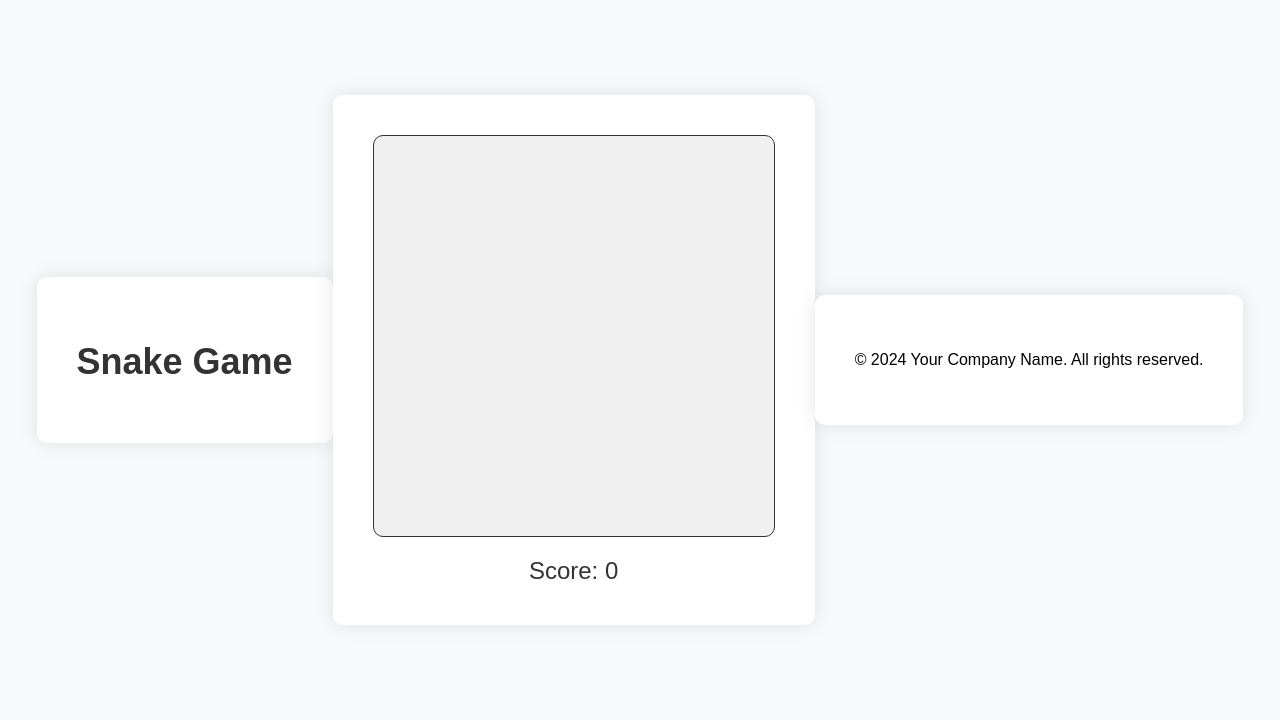
Repository: Taofeekolusola/Landing-page
Page: index.html
An editor plug-in stored every save of this project. The page is shown before and after a run of saves, followed by the edit.
The browser window is 1280 px wide. The pictures show the whole page.

Above is the page before, as saved 2024-05-06 17:52:25.
Not found: script.js

After the next 3 saves:
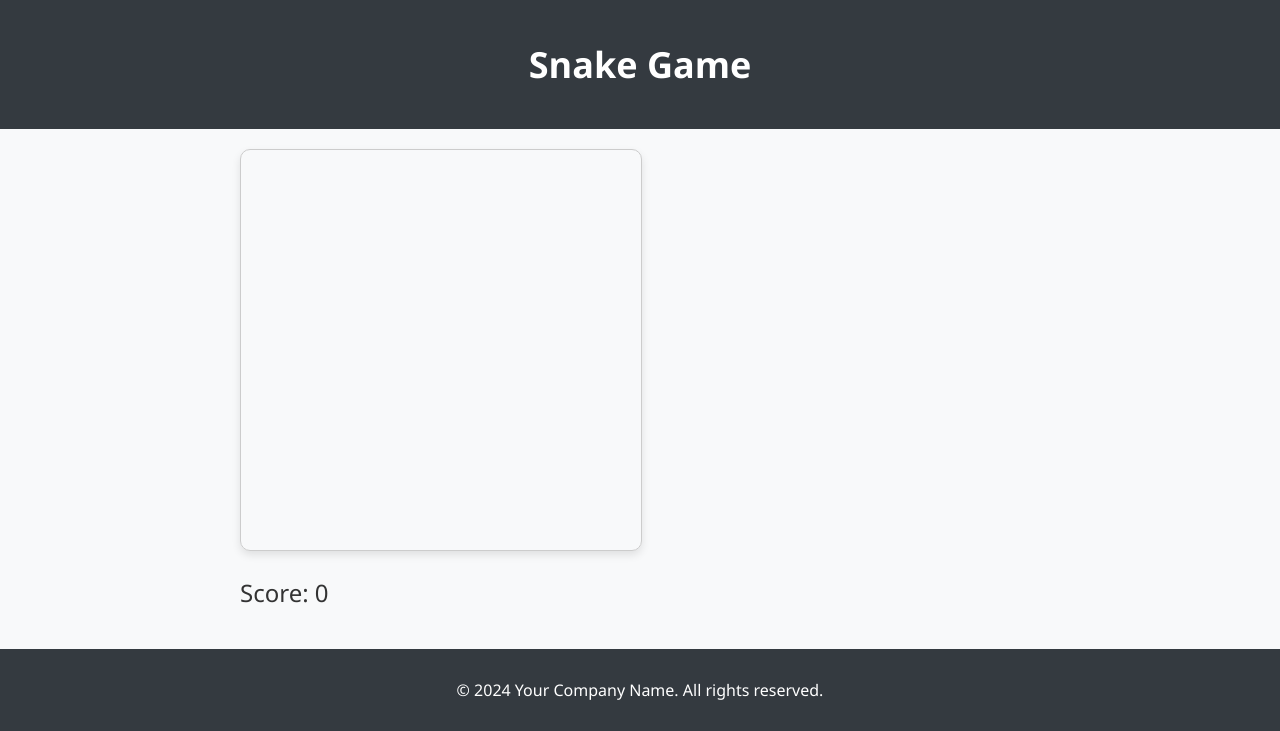
The 3 saves are shown as one change because they came seconds apart.
The last was saved 64 s later.
--- a/styles.css
+++ b/styles.css
@@ -1,34 +1,43 @@
 body {
-    font-family: Arial, sans-serif;
+    font-family: 'Segoe UI', Tahoma, Geneva, Verdana, sans-serif;
     margin: 0;
     padding: 0;
     display: flex;
-    justify-content: center;
-    align-items: center;
-    height: 100vh;
+    flex-direction: column;
+    min-height: 100vh;
     background-color: #f8f9fa;
 }
 
 .container {
-    text-align: center;
-    background-color: #fff;
-    border-radius: 10px;
-    box-shadow: 0 0 20px rgba(0, 0, 0, 0.1);
-    padding: 40px;
+    width: 80%;
+    max-width: 800px;
+    margin: 0 auto;
+    padding: 20px;
 }
 
-h1 {
-    color: #333;
+header {
+    background-color: #343a40;
+    color: #fff;
+    text-align: center;
+    padding: 20px 0;
+}
+
+header h1 {
     font-size: 36px;
-    margin-bottom: 20px;
+    margin: 0;
+}
+
+main {
+    flex-grow: 1;
+    display: flex;
+    justify-content: center;
+    align-items: center;
 }
 
 canvas {
-    border: 1px solid #333;
-    background-color: #f0f0f0;
-    margin: 0 auto;
-    display: block;
+    border: 1px solid #ccc;
     border-radius: 10px;
+    box-shadow: 0 4px 8px rgba(0, 0, 0, 0.1);
 }
 
 #score {
@@ -36,3 +45,15 @@ canvas {
     font-size: 24px;
     color: #333;
 }
+
+footer {
+    background-color: #343a40;
+    color: #fff;
+    text-align: center;
+    padding: 10px 0;
+    margin-top: 20px;
+}
+
+footer p {
+    margin: 0;
+}
